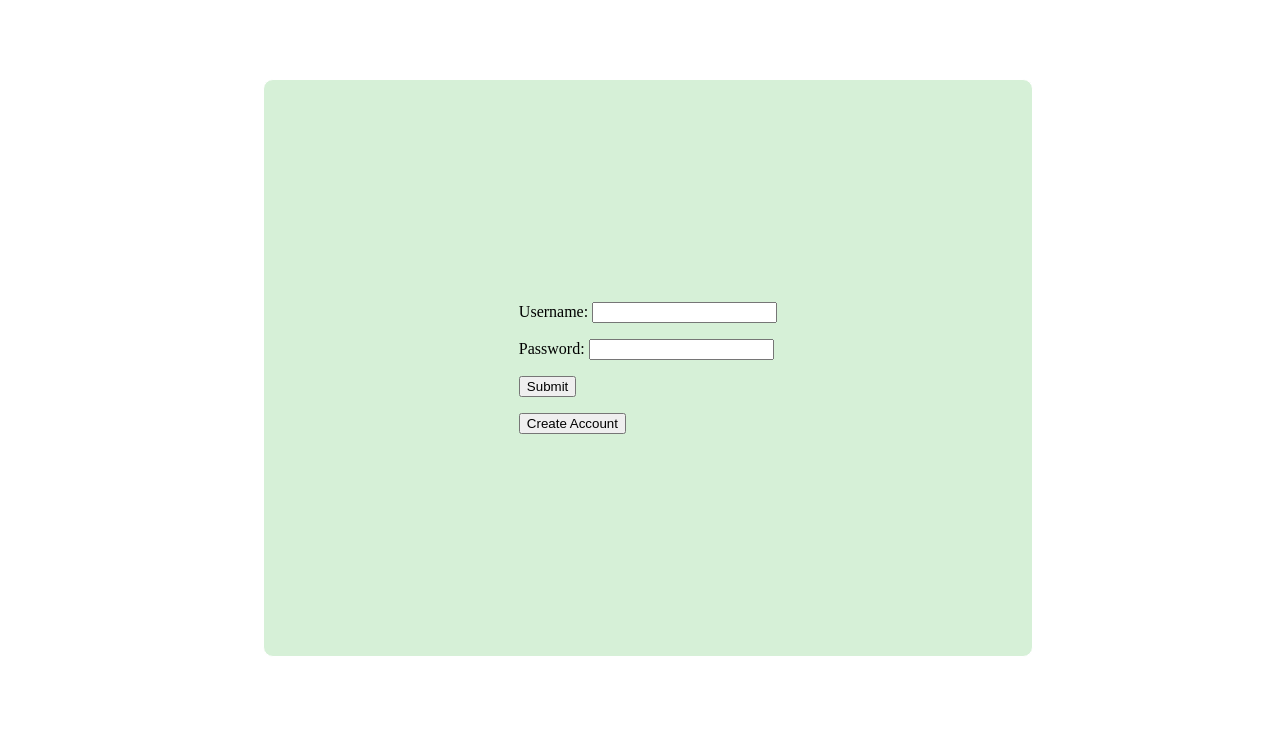
Repository: Jtho28/4830-group-project
Page: Esports-webproj/src/main/webapp/WEB-INF/Login.html
The author's editor kept a copy of each file at every save. The page is drawn from the files as they stood at one save, then again after the next save.
The browser window is 1280 px wide. The page is 1288 px wide, so the pictures cover 1288 px, including what lies to the right of the window. The pictures show the whole page.

Above is the page before, as saved 2022-11-16 20:55:09.

### Esports-webproj/src/main/webapp/WEB-INF/Login.html
<!DOCTYPE html>
<html>
<head>
<meta charset="UTF-8">
<title>Login</title>
<link rel="stylesheet" href="login.css">
</head>
<body>
<div class="login">
<form action="Login" method="post">
<p>Username: <input type="text" name="username" /></p>
<p>Password: <input type="password" name="password" /></p>
<p><input type="submit" /></p>
<p><button type="button">
Create Account
</button>
</form>
</div>
</body>
</html>

### Esports-webproj/src/main/webapp/WEB-INF/login.css
@charset "UTF-8";

body {
	display: flex;
	align-items: center;
	justify-content: center;
	height: 100vh;
	width: 100vw;

}

.login {
	height: 80vh;
	width: 60vw;
	display: flex;
	align-items: center;
	justify-content: center;
	border: 1px solid white;
	border-radius: 10px;
	background: rgba(50, 181, 55, .2);
	transition: ease all 0.5s;
}
.login:hover {
	background: red;
}

h1 {
	color: yellow;
	margin-left: 20px;
}

After the next save:
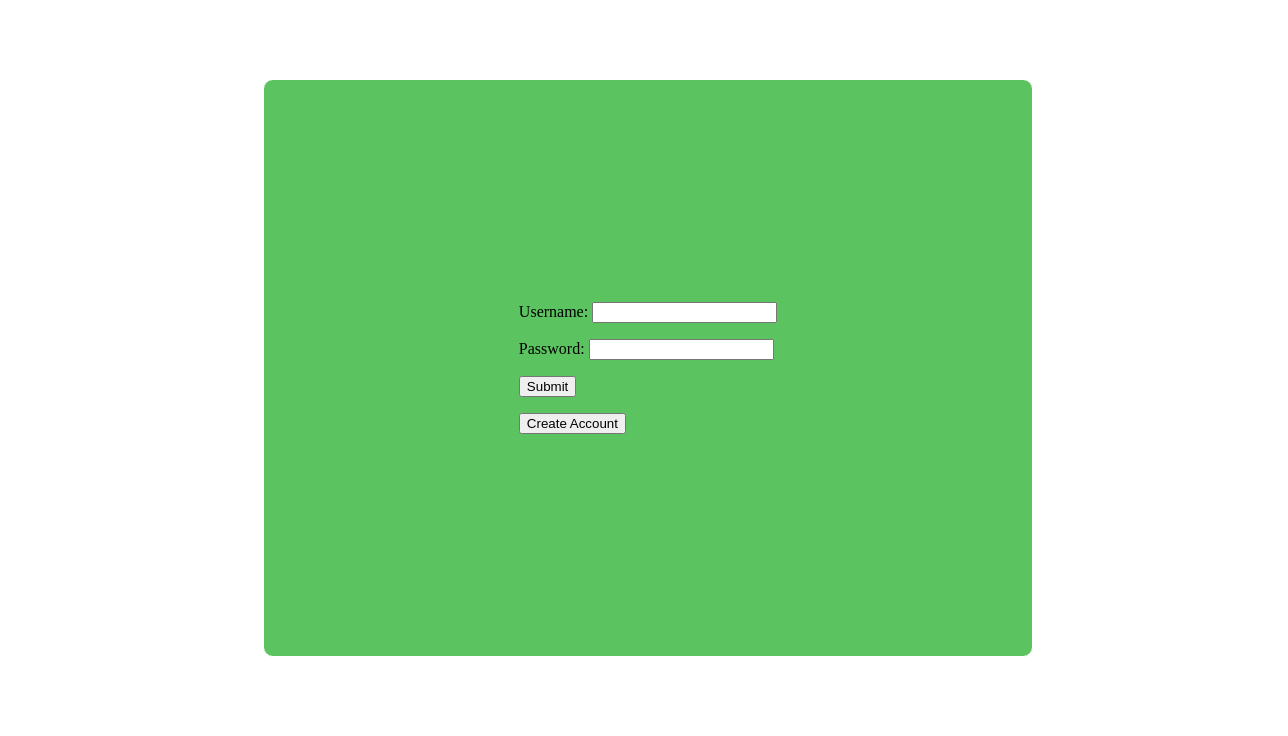
Saved 27 s later.
--- a/Esports-webproj/src/main/webapp/WEB-INF/login.css
+++ b/Esports-webproj/src/main/webapp/WEB-INF/login.css
@@ -17,11 +17,11 @@ body {
 	justify-content: center;
 	border: 1px solid white;
 	border-radius: 10px;
-	background: rgba(50, 181, 55, .2);
+	background: rgba(50, 181, 55, .8);
 	transition: ease all 0.5s;
 }
 .login:hover {
-	background: red;
+	background: rgba(50, 181, 55, .1);
 }
 
 h1 {
